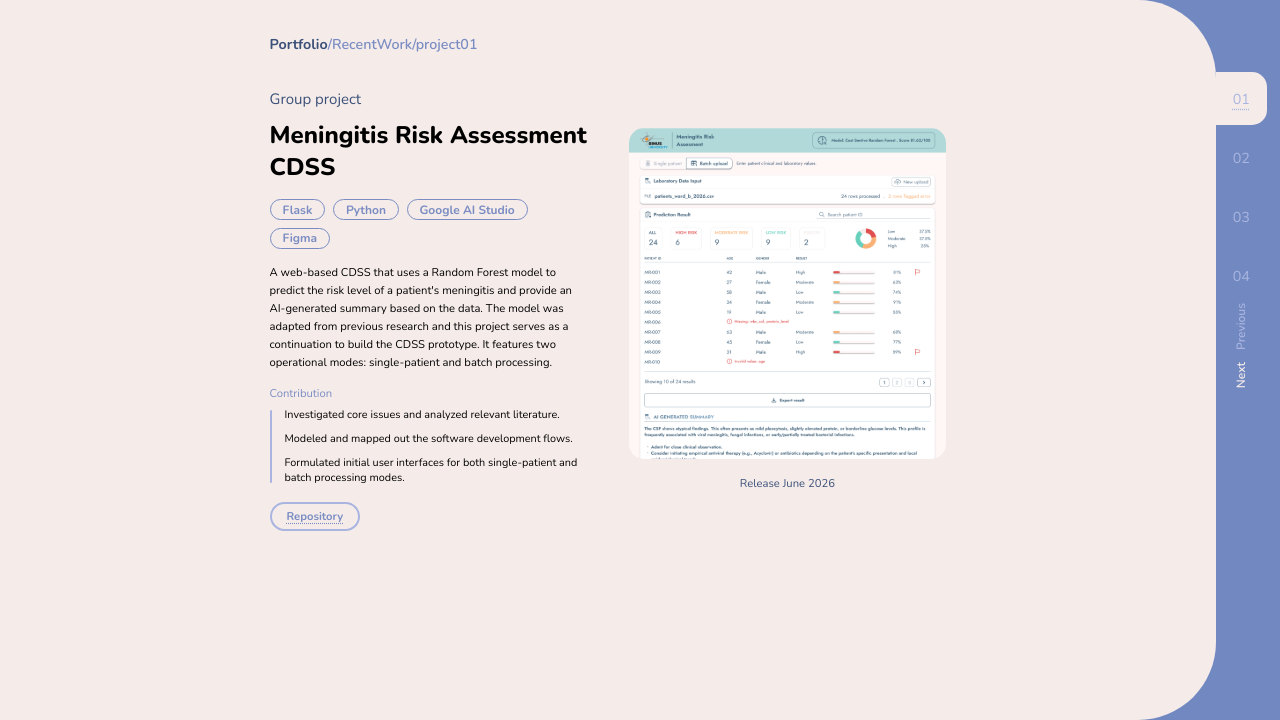
Repository: L-vy/L-vy
Page: /recentworks/project01
These files come from the project's save history. The page is drawn as it stood at one moment and after the next save; the edit follows.
The browser window is 1280 px wide. The pictures show the whole page.
Some web fonts or font styles are not loaded; a fallback is used. The project was rebuilt for these pictures with package versions that can differ from the ones it lists, and the page was loaded fresh each time. Also part of the build but not shown: vite.config.ts, src/components/Icon.tsx, src/data/site.ts, src/components/useGoTo.ts, src/components/Navbar.tsx, src/components/Hero.tsx, src/components/Reveal.tsx, src/components/Skills.tsx and 9 more.

Above is the page before, as saved 2026-10-07 20:36:38.

### index.html
<!doctype html>
<html lang="en">
  <head>
    <meta charset="UTF-8" />
    <meta name="viewport" content="width=device-width, initial-scale=1.0" />
    <meta name="description" content="Portfolio of Latasha Ivy Khoe, Computer Science student specializing in Cloud Technology, UI/UX design and full-stack development." />
    <meta name="theme-color" content="#7288c1" />
    <link rel="icon" href="/images/ivy-logo.svg" />
    <link rel="preconnect" href="https://fonts.googleapis.com" />
    <link rel="preconnect" href="https://fonts.gstatic.com" crossorigin />
    <link href="https://fonts.googleapis.com/css2?family=Nunito:ital,wght@0,400;0,600;0,700;0,800;1,400&family=Playwrite+US+Modern:wght@100..400&display=swap" rel="stylesheet" />
    <title>Latasha Ivy Khoe | Portfolio</title>
  </head>
  <body>
    <div id="root"></div>
    <script type="module" src="/src/main.tsx"></script>
  </body>
</html>

### src/main.tsx
import { StrictMode } from 'react'
import { createRoot } from 'react-dom/client'
import App from './App'
import './styles.css'
createRoot(document.getElementById('root')!).render(<StrictMode><App /></StrictMode>)

### src/App.tsx
import { BrowserRouter, Route, Routes } from 'react-router-dom'
import Home from './pages/Home'
import ProjectDetails from './pages/ProjectDetails'
import CursorCircle from './components/CursorCircle'
export default function App() {
  return (
    <BrowserRouter>
      <CursorCircle />
      <Routes>
        <Route path="/" element={<Home />} />
        <Route path="/recentworks/:id" element={<ProjectDetails />} />
        <Route path="*" element={<Home />} />
      </Routes>
    </BrowserRouter>
  )
}

### src/styles.css
/* Sizes are authored at design scale (16px = 1rem) and rendered at 75% via html{font-size:75%}. */
:root{--blue:#7288c1;--cream:#f5ecea;--ink:#3b5078;--peri:#7a8cc2;--light:#a9b5e0;--bar:#9fadd1;--pill:#d3d6e6;--panel:#d1d4e3;--ph:#d9d9d9;--txt:#000;--gut:max(3.5rem,calc((100% - 68.75rem)/2 + 3.5rem));color-scheme:light}
html{font-size:75%}
*{box-sizing:border-box}
body{margin:0;background:var(--cream);color:var(--txt);font-family:'Nunito',system-ui,sans-serif;line-height:1.4}
h1,h2,h3,p,ul{margin:0}
ul{padding:0;list-style:none}
a{color:inherit}
button{font-family:inherit;cursor:pointer}
img{max-width:100%}
:focus-visible{outline:3px solid var(--ink);outline-offset:3px}
.fx{font-family:'Playwrite US Modern','Nunito',cursive;font-weight:400}
.nav{position:relative;height:4.5rem;background:var(--blue)}
.nav::after{content:'';position:absolute;left:0;right:0;top:100%;height:2.875rem;background:var(--blue)}
.nav-tabs{max-width:68.75rem;margin:0 auto;height:100%;display:flex;align-items:flex-end;padding-left:28%}
.nav-tab{width:8.25rem;height:4rem;border:0;background:none;color:#e9ecf7;display:grid;place-items:center;padding:0;transition:opacity .25s}
.nav-tab:hover{opacity:.8}
.nav-tab.active{background:var(--cream);border-radius:1.5rem 1.5rem 0 0;color:var(--light);opacity:1}
.nav-tab img{height:2.125rem}
.page{position:relative;z-index:1;background:var(--cream);border-radius:2.875rem 2.875rem 0 0;padding:0 var(--gut)}
.section{padding-top:5.625rem}
.hero{position:relative;padding-top:2.875rem}
.hero-top{display:flex;justify-content:space-between;align-items:center}
.path{font-size:1.1875rem;font-weight:600;color:var(--peri)}
.path b{color:var(--ink);font-weight:700}
.crumb{background:none;border:0;padding:0;font:inherit;color:inherit}
.contact-link{background:none;border:0;font-size:1.1875rem;font-weight:700;color:var(--ink)}
.hero-grid{display:grid;grid-template-columns:16.875rem 1fr;gap:3.125rem;align-items:center;margin-top:3.25rem}
.hero-photo{width:100%;aspect-ratio:1;object-fit:cover;background:var(--ph);border-radius:2.5rem;transition:transform .3s}
.hero-photo:hover{transform:rotate(-1.2deg) scale(1.015)}
.hello{height:3.375rem;width:auto;display:block}
h1{margin-top:0.25rem;font:400 2.5rem/1.35 'Playwrite US Modern','Nunito',cursive}
.lead{max-width:30rem;font-size:1.0625rem;line-height:1.6;margin-top:0.875rem}
.lead.sm{font-size:0.9375rem;max-width:none;margin-top:1.25rem}
.actions{display:flex;align-items:center;gap:2.25rem;margin-top:1.625rem;flex-wrap:wrap}
.btn{display:inline-flex;align-items:center;gap:0.5rem;background:var(--ink);color:#fff;border:0;border-radius:62.4375rem;padding:0.75rem 1.375rem;font-size:1.0625rem;font-weight:700;transition:transform .25s}
.btn:hover{transform:translateY(-2px)}
.btn.blue{background:var(--blue);font-size:1.1875rem;padding:0.875rem 1.75rem}
.link-dotted{text-decoration:underline dotted;text-underline-offset:0.25rem;font-weight:700}
.link-dotted.grey{color:#777;font-size:1.0625rem}
.butterfly{display:block;margin:4rem auto 0;width:6rem}
.intro{max-width:47.5rem;margin:4.375rem auto 0;text-align:center}
.intro-text{font-size:1rem;line-height:1.7}
.pills{display:flex;flex-wrap:wrap;gap:0.625rem;justify-content:center;margin-top:1.375rem}
.pills.left{justify-content:flex-start}
.pill{border-radius:24rem;padding:0.1rem 1rem;font-weight:700;font-size:0.9375rem;background:var(--pill);color:var(--peri)}
.pill.solid-outline{background:none;border:1.5px solid var(--peri);font-size:1rem}
.reveal{opacity:0;transform:translateY(0.875rem);transition:opacity .6s,transform .6s}
.reveal.in{opacity:1;transform:none}
.fill{height:100%}
.cards{display:grid;grid-template-columns:repeat(4,1fr);gap:1.625rem;margin-top:2.125rem}
.card{display:flex;flex-direction:column;min-width:0}
.card-img{display:block;aspect-ratio:400/420;border-radius:2.25rem;overflow:hidden;background:var(--ph);transition:transform .3s}
.card-img img{width:100%;height:100%;object-fit:cover;display:block}
.card:hover .card-img{transform:rotate(-1.2deg) scale(1.015)}
.card-title{display:flex;justify-content:space-between;align-items:flex-start;gap:0.5rem;margin-top:1rem;color:var(--ink)}
.card-title .icon{flex:none}
.clamp{font-size:1.125rem;font-weight:800;line-height:1.3;color:var(--txt);display:-webkit-box;-webkit-line-clamp:2;-webkit-box-orient:vertical;overflow:hidden}
.card-sum{font-size:0.875rem;line-height:1.5;margin-top:0.375rem}
.card-links{margin-top:0.625rem}
.card-links .link-dotted{color:var(--peri);font-size:0.875rem}
.tabbar{position:relative;background:var(--bar);border-radius:62.4375rem;padding:0.375rem 0.5rem;display:flex;justify-content:center;gap:0.75rem;margin-top:2.125rem;box-shadow:0 0.5rem 0.875rem -0.375rem rgba(60,70,110,.35)}
.tabwrap{position:relative;width:min(9.375rem,22%)}
.tab{width:100%;border:0;border-radius:62.4375rem;padding:0.5rem 0;font-size:1rem;font-weight:700;background:var(--pill);color:#8f9dcf;transition:background .25s,color .25s}
.tab.on{background:#fff;color:var(--ink)}
.pointer{position:absolute;left:50%;bottom:-1.25rem;margin-left:-0.5625rem;border:0.5625rem solid transparent;border-top:0;border-bottom:0.8125rem solid var(--ink)}
.panel{margin-top:2.75rem;background:var(--panel);border-radius:1.375rem;height:30.625rem;box-shadow:0 0.375rem 1rem -0.5rem rgba(60,70,110,.3);transition:background .3s,box-shadow .3s}
.panel.bound{background:transparent;box-shadow:none}
.banner{height:100%;display:flex;flex-direction:column;gap:2.125rem;padding:1.875rem 2.125rem 2.5rem}
.banner-img{flex:1;min-height:0;width:100%;object-fit:cover;background:var(--ph);border-radius:2.25rem;transition:transform .3s}
.banner:hover .banner-img{transform:rotate(-1.2deg) scale(1.015)}
.tx{padding-left:0.4375rem}
.tx h2{font-size:1.625rem;line-height:1.4}
.tx h3{margin-top:2px;font-size:1.1875rem;font-weight:700}
.tx p{margin-top:0.375rem;font-style:italic;font-size:0.9375rem}
.folders{height:100%;display:grid;grid-template-columns:1fr 1fr;gap:1.5rem;padding:1.75rem 2rem}
.folder{--rim:#3b5078;--body:#f3f3f9;background:var(--rim);border-radius:1.875rem;padding:1.5px;display:flex;flex-direction:column;overflow:hidden}
.media{height:11.875rem;margin-bottom:-2.5rem;flex:none;position:relative;overflow:hidden;border-radius:1.78125rem 1.78125rem 0 0;background:var(--ph)}
.media>*{display:block;width:100%;height:100%;object-fit:cover;background:var(--ph);transform:scale(1.06);transition:transform .3s}
.folder:hover .media>*{transform:rotate(-1.2deg) scale(1.1)}
.rest{flex:1;position:relative;z-index:1;background:var(--body);border-radius:0 1.78125rem 1.78125rem 1.78125rem;padding:0 1.375rem 1.125rem;display:flex;flex-direction:column}
.rest .tab{position:absolute;left:0;top:-2.25rem;width:80%;height:2.3125rem;padding:0;border-radius:1.25rem 1.25rem 0 0;background:var(--body)}
.rest .tab::after{content:'';position:absolute;right:-1.25rem;bottom:0;width:1.25rem;height:1.25rem;background:radial-gradient(circle at 100% 0,transparent 1.21875rem,var(--body) 1.25rem)}
.head{position:relative;margin-top:-1.375rem}
.head::before{content:'';float:right;width:24%;height:1rem}
.head b{display:-webkit-box;-webkit-line-clamp:3;-webkit-box-orient:vertical;overflow:hidden;font-size:1.0625rem;font-weight:800;line-height:1.25}
.head span{display:block;font-size:0.9375rem;color:#6f748f;margin-top:2px}
.folder p{margin-top:0.75rem;font-size:0.84375rem;font-style:italic;line-height:1.5;display:-webkit-box;-webkit-line-clamp:4;-webkit-box-orient:vertical;overflow:hidden}
.foot{margin-top:auto;padding-top:0.625rem;display:flex;justify-content:space-between;align-items:center;min-height:2.75rem}
.foot strong{font-size:1.5625rem;line-height:1.3}
.go{display:grid;place-items:center;width:2.5rem;height:2.5rem;border-radius:50%;background:var(--ink);color:#fff;transition:transform .25s}
.go:hover{transform:translate(2px,-2px)}
.exp{position:relative;height:100%}
.plate{position:absolute;left:0;top:0;bottom:0;width:8.125rem;background:#c9cde0;border-radius:1.625rem 0 0 1.625rem;box-shadow:0 0.625rem 1.125rem -0.625rem rgba(60,70,110,.4)}
.rail{position:absolute;left:0;top:4.4375rem;width:3.75rem;height:0;z-index:2}
.rail button{position:absolute;left:0.8125rem;top:calc(var(--i)*4.5rem);width:2.9375rem;height:5.25rem;z-index:calc(var(--i) + 1);border:0;background:var(--c);color:#fff;border-radius:1.125rem 0 0 1.125rem;display:grid;place-items:center;padding:0;transition:left .25s,width .25s}
.rail button:hover,.rail button[aria-selected=true]{left:0.4375rem;width:3.3125rem}
.rail button[aria-selected=true]{z-index:10}
.fcard{--acc:#9fadd1;position:absolute;left:3.75rem;right:0;top:0;bottom:0;background:var(--cream);border:2.5px solid var(--acc);border-radius:1.625rem;box-shadow:0 0.625rem 1.25rem -0.625rem rgba(60,70,110,.4);padding:1.375rem 1.75rem 1.375rem 1.875rem;overflow:hidden;transition:border-color .35s}
.pg{position:relative;height:100%;display:grid;grid-template-columns:1fr 1fr;grid-template-rows:auto 1fr;column-gap:3.5rem;animation:in .4s ease both}
@keyframes in{from{opacity:0;transform:translateY(0.5rem)}to{opacity:1;transform:none}}
.lab{grid-column:1/-1;font-size:0.8125rem}
.col{display:flex;flex-direction:column;min-width:0}
.col.end{align-self:end;padding-bottom:0.625rem}
.t{font-size:1.6875rem;font-weight:800;color:var(--ttl);line-height:1.2;margin-top:1.75rem}
.col.end .t{margin-top:0}
.sub{font-size:1.25rem;color:var(--ttl);margin-top:0.375rem}
.d{font-size:0.875rem;line-height:1.55;margin-top:1rem;font-style:italic}
.h{font-size:0.8125rem;margin:1.375rem 0 0.375rem}
.col ul{padding-left:1.25rem;font-size:0.84375rem;line-height:1.55;list-style:disc}
.stack,.zig{position:relative;margin-top:auto}
.stack{height:8rem}
.zig{margin-top:0.875rem}
.sp{position:absolute;display:block;width:62%;height:7.375rem;object-fit:cover;background:var(--ph);border:1px solid var(--txt);border-radius:1.625rem;transform:rotate(var(--r));transition:transform .3s}
.sp:hover{z-index:9;transform:rotate(calc(var(--r)*-1)) translateY(-0.3125rem) scale(1.03)}
.stack .sp:nth-child(1){--r:-2deg;left:0;top:0.375rem}
.stack .sp:nth-child(2){--r:1.5deg;left:20%;top:0.75rem}
.stack .sp:nth-child(3){--r:-1deg;left:38%;top:0}
.zig .sp{width:70%;height:7.5625rem}
.zig .sp:nth-child(1){--r:1deg;left:0;top:0}
.zig .sp:nth-child(2){--r:-1deg;left:44%;top:7rem}
.zig .sp:nth-child(3){--r:1deg;left:-1%;top:14.125rem}
.p1{left:47%;top:0.5rem;width:29%;height:8.4375rem;--r:1deg}
.p2{left:66%;top:4.875rem;width:27%;height:auto;aspect-ratio:210/297;--r:-1deg}
.contact{text-align:center;padding:5.75rem 0 6.25rem}
.contact h2{font-size:2.25rem;font-weight:400}
.contact b{font-weight:800}
.contact .btn{margin-top:1.375rem}
.footer{background:var(--blue);color:#eef0fa;padding:3.25rem var(--gut) 2.5rem;display:flex;justify-content:space-between;align-items:flex-end;gap:1.875rem;flex-wrap:wrap;min-height:14.375rem}
.footer ul{display:flex;gap:2.75rem;align-self:flex-start}
.ci{display:block;color:#dfe4f6;transition:transform .25s}
.ci:hover,.ci.pulse{transform:translateY(-0.25rem) scale(1.12)}
.footer-by{text-align:right;line-height:2;font-size:1rem}
/* .detail{border-radius:0 0 2.875rem 2.875rem;padding-top:2.875rem;padding-bottom:4.375rem} */
.detail{flex:1;min-width:0;min-height:100vh;border-radius:0 6.5rem 6.5rem 0;padding-top:2.875rem;padding-bottom:4.375rem}
.detail-grid{display:grid;grid-template-columns:1fr 1fr;gap:3.5rem;align-items:center;margin-top:2.875rem}
.detail-title{margin:0;font:800 2rem/1.3 'Nunito',sans-serif}
.detail .pills{margin-top:1.375rem}
/* ---------- Project detail: left sidebar ---------- */
.detail-shell{display:flex;min-height:100vh;background:var(--blue)}
.side{position:sticky;top:0;align-self:flex-start;flex:none;width:5.375rem;height:100vh;display:flex;flex-direction:column;padding:6rem 0 9.875rem}

/* step indicators 01–04 */
.steps{align-self:flex-start;display:grid;gap:0.5rem}
.step{display:grid;place-items:center;width:4.3125rem;height:4.4375rem;border-radius:0 1.25rem 1.25rem 0;background:transparent;color:var(--light);font-size:1.2rem;text-decoration:none;transition:opacity .25s}
.step:not(.on):hover{opacity:.8}
.step.on{background:var(--cream);color:var(--light);text-decoration:underline dotted;text-underline-offset:0.375rem}   /* RULE 2 */

/* vertical Previous / Next */
.side-nav{margin-bottom:auto;align-self:flex-start;width:4.3125rem;display:flex;flex-direction:column;align-items:center;gap:1rem}
.side-btn{writing-mode:vertical-lr;transform:rotate(180deg);color:var(--cream);font-size:1rem;font-weight:600;line-height:1;text-decoration:none;transition:opacity .2s}   /* white by default */
a.side-btn:hover{opacity:.8}
.side-btn.edge{color:var(--light)}   /* RULE 3 */
.meta{margin-bottom:0.875rem;font-size:1.25rem;font-weight:400;color:var(--ink)}
.contrib{margin:1.125rem 0 0.5rem;font:400 0.9375rem 'Playwrite US Modern','Nunito',cursive;color:var(--peri)}
.contrib-list {position: relative;padding-left: 1.25rem;display: grid;gap: 0.75rem;font-size: 0.90625rem;}
.contrib-list::before {content: '';position: absolute;left: 0;top: 0.25rem;bottom: 0.25rem;width: 2px;background-color:var(--light);border-radius: 9999px;}
/* .contrib-list{border-left:3px solid var(--light);border-top-left-radius: 4px;border-bottom-left-radius: 4px;padding-left:0.875rem;display:grid;gap:0.75rem;font-size:0.90625rem} */
/* .contrib-list li{display:flex;gap:0.875rem;align-items:center}
.contrib-list li::before{content:'';width:0.75rem;height:0.75rem;flex:none;border-radius:50%;border:3px solid var(--peri)} */
.detail-links{display:flex;gap:0.75rem;flex-wrap:wrap;margin-top:1.375rem}
/* .detail-links .pill{background:none;border:2px solid var(--light);color:var(--peri);padding:0.375rem 1.25rem;font:400 0.875rem 'Playwrite US Modern','Nunito',cursive;text-decoration:underline dotted;text-underline-offset:0.25rem} */
.detail-links .pill{background:none;border:2px solid var(--light);color:var(--peri);padding:0.375rem 1.25rem;font-family:inherit;font-size:0.9375rem;font-weight:700;text-decoration:underline dotted;text-underline-offset:0.25rem}
.proto{margin:0}
/* .proto img{display:block;width:100%;aspect-ratio:1/1.08;object-fit:cover;background:var(--ph);border:3px solid var(--ink);border-radius:3rem;transition:transform .3s} */
.proto img {  border: 0;  outline: 0;  border-radius: 15px;}
.proto img:hover{transform:rotate(1.2deg) scale(1.015)}
.proto figcaption{text-align:center;font-weight:500;font-size:0.9375rem;color:var(--ink);margin-top:1rem}
/* .pager{background:var(--blue);margin-top:-2.875rem;padding:5.5rem var(--gut) 1.5rem;display:flex;justify-content:center;gap:3.5rem} */
/* .pager-btn{margin-top:-3rem;height:3.25rem;display:grid;place-items:center;color:#fff;font-weight:700;font-size:1.125rem;text-decoration:none;transition:opacity .2s} */
/* .pager-btn.prev{background:var(--cream);color:var(--ink);padding:0 2.125rem;border-radius:0 0 1.5rem 1.5rem}
.pager-btn.off{opacity:.5}
.pager-btn.prev.off{opacity:1;color:var(--light)} */
/* .pager-btn.hang{background:var(--cream);color:var(--ink);padding:0 2.125rem;border-radius:0 0 1.5rem 1.5rem} */
/* .pager-btn.off{opacity:.5} */
/* .pager-btn.hang.off{opacity:1;color:var(--light)} */
.cursor-circle{position:fixed;left:0;top:0;width:4rem;height:4rem;border-radius:50%;background:rgba(114,136,193,.28);pointer-events:none;z-index:50;transform:translate(-6.25rem,-6.25rem) scale(0);transition:transform .18s}
@media (max-width:960px)
{.cards{grid-template-columns:1fr 1fr}.nav-tabs{padding-left:4%}.nav-tab{width:6rem}}
@media (max-width:760px)
{.page{border-radius:1.875rem 1.875rem 0 0;padding:0 1.25rem}.hero-grid,.detail-grid{grid-template-columns:1fr;gap:1.75rem}.hero-photo{max-width:16.25rem}h1{font-size:1.875rem}.detail-title{font-size:1.5625rem}.cards{grid-template-columns:1fr}.tab{font-size:0.75rem}.tabbar{gap:0.375rem}.pointer{display:none}.panel{height:auto}.banner{padding:1.125rem;gap:1.5rem}.banner-img{flex:none;height:11.875rem}.folders{grid-template-columns:1fr;padding:1.125rem}.folder{min-height:23.75rem}.contact h2{font-size:1.6875rem}.footer ul{gap:1.375rem}.footer-by{text-align:left}.plate{display:none}.fcard{position:static;padding:1.25rem 1.125rem;border-radius:1.375rem}.exp{height:auto}.rail{position:static;height:auto;display:flex;gap:0.375rem;padding-left:0.625rem}.rail button,.rail button:hover,.rail button[aria-selected=true]{position:static;width:3.5rem;height:2.875rem;border-radius:0.875rem 0.875rem 0 0}.pg{display:flex;flex-direction:column;gap:0.875rem;height:auto}.col.end{padding:0}.stack,.zig{height:auto;display:grid;gap:0.625rem;margin-top:0.625rem}.pg .sp{position:static;width:100%;height:6.875rem}.pg .p2{height:auto;width:58%;align-self:center}
.detail-shell{flex-direction:column;min-height:0}
.side{position:static;width:auto;height:auto;flex-direction:row;justify-content:space-between;align-items:flex-start;padding:0 1.25rem 1rem}
.steps{display:flex;gap:0.5rem;align-self:flex-start}
.step{width:3rem;height:3rem;font-size:1.25rem;border-radius:0 0 1rem 1rem}
.side-nav{width:auto;flex-direction:row;align-self:center;gap:1.25rem}
.side-btn{writing-mode:horizontal-tb;transform:none;font-size:1rem}
.detail{border-radius:0 0 1.875rem 1.875rem;min-height:0}}

@media (prefers-reduced-motion:reduce){*{transition:none!important;animation:none!important}}

### src/components/CursorCircle.tsx
import { useEffect, useRef } from 'react'
// Soft circle that follows the pointer and expands over buttons/links. Hidden on touch devices.
export default function CursorCircle() {
  const ref = useRef<HTMLDivElement>(null)
  useEffect(() => {
    if (!window.matchMedia('(hover: hover) and (pointer: fine)').matches) return
    const el = ref.current!
    const move = (e: MouseEvent) => {
      const over = (e.target as Element | null)?.closest('a,button,[data-cursor]')
      el.style.transform = `translate(${e.clientX}px,${e.clientY}px) translate(-50%,-50%) scale(${over ? 1 : 0})`
    }
    const leave = () => { el.style.transform = 'translate(-100px,-100px) scale(0)' }
    window.addEventListener('mousemove', move); document.addEventListener('mouseleave', leave)
    return () => { window.removeEventListener('mousemove', move); document.removeEventListener('mouseleave', leave) }
  }, [])
  return <div ref={ref} className="cursor-circle" aria-hidden="true" />
}

### src/components/ProjectSidebar.tsx
import { Link } from 'react-router-dom'
import { projects } from '../data/projects'

const pad = (n: number) => String(n + 1).padStart(2, '0')

export default function ProjectSidebar({ index }: { index: number }) {
  const prev = projects[index - 1], next = projects[index + 1]
  return (
    <aside className="side">
      <nav className="steps" aria-label="Projects">
        {projects.map((q, n) => (
          <Link
            key={q.id}
            to={`/recentworks/${q.id}`}
            // RULE 2: 'on' = cream tab
            className={`step fx${n === index ? ' on' : ''}`}
            aria-label={`Project ${n + 1}: ${q.title}`}
            aria-current={n === index ? 'page' : undefined}
          >{pad(n)}</Link>
        ))}
      </nav>
      <nav className="side-nav" aria-label="Previous and next project">
        {/* RULE 3: no prev → first page → 'edge' (light blue) */}
        {prev
          ? <Link className="side-btn" to={`/recentworks/${prev.id}`}>Previous</Link>
          : <span className="side-btn edge" aria-disabled="true">Previous</span>}
        {/* RULE 3: no next → last page → 'edge' (light blue) */}
        {next
          ? <Link className="side-btn" to={`/recentworks/${next.id}`}>Next</Link>
          : <span className="side-btn edge" aria-disabled="true">Next</span>}
      </nav>
    </aside>
  )
}

Loaded but not shown: src/data/projects.ts (42 lines, source omitted); src/pages/ProjectDetails.tsx (76 lines, source omitted)

After the next save:
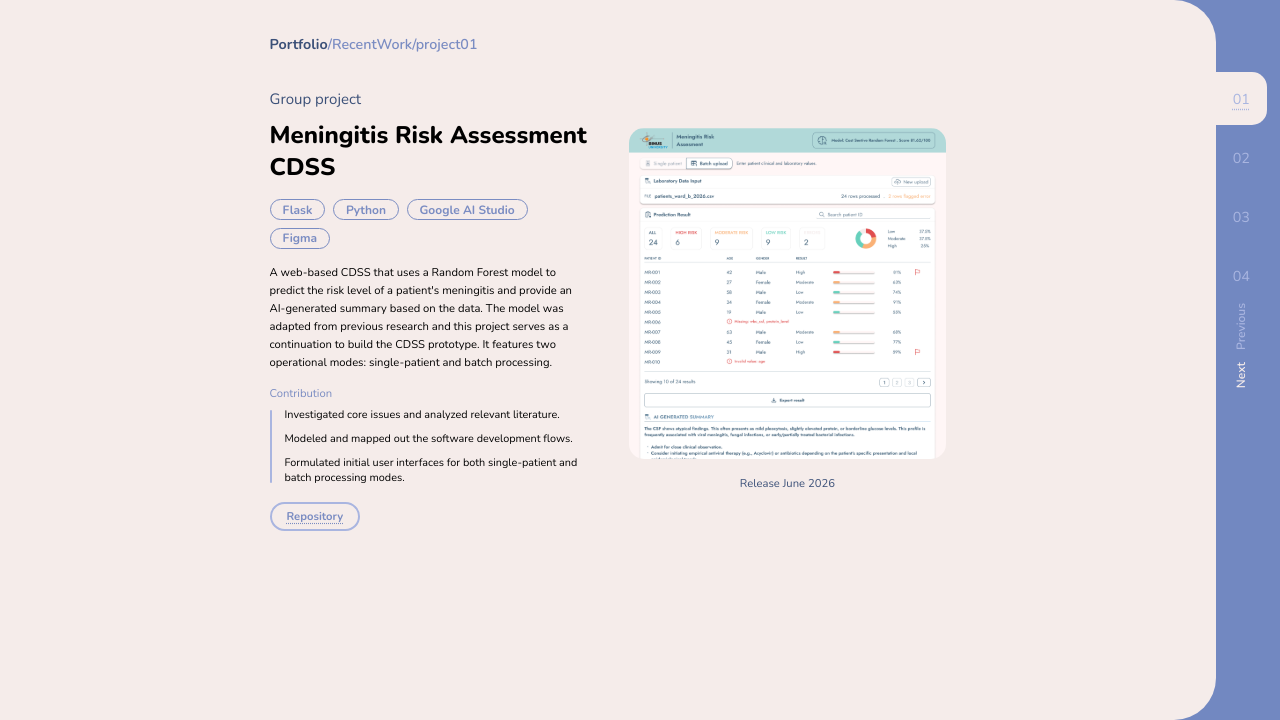
Saved 2 min 59 s later.
--- a/src/styles.css
+++ b/src/styles.css
@@ -132,7 +132,7 @@ h1{margin-top:0.25rem;font:400 2.5rem/1.35 'Playwrite US Modern','Nunito',cursiv
 .ci:hover,.ci.pulse{transform:translateY(-0.25rem) scale(1.12)}
 .footer-by{text-align:right;line-height:2;font-size:1rem}
 /* .detail{border-radius:0 0 2.875rem 2.875rem;padding-top:2.875rem;padding-bottom:4.375rem} */
-.detail{flex:1;min-width:0;min-height:100vh;border-radius:0 6.5rem 6.5rem 0;padding-top:2.875rem;padding-bottom:4.375rem}
+.detail{flex:1;min-width:0;min-height:100vh;border-radius:0 3.5rem 3.5rem 0;padding-top:2.875rem;padding-bottom:4.375rem}
 .detail-grid{display:grid;grid-template-columns:1fr 1fr;gap:3.5rem;align-items:center;margin-top:2.875rem}
 .detail-title{margin:0;font:800 2rem/1.3 'Nunito',sans-serif}
 .detail .pills{margin-top:1.375rem}
